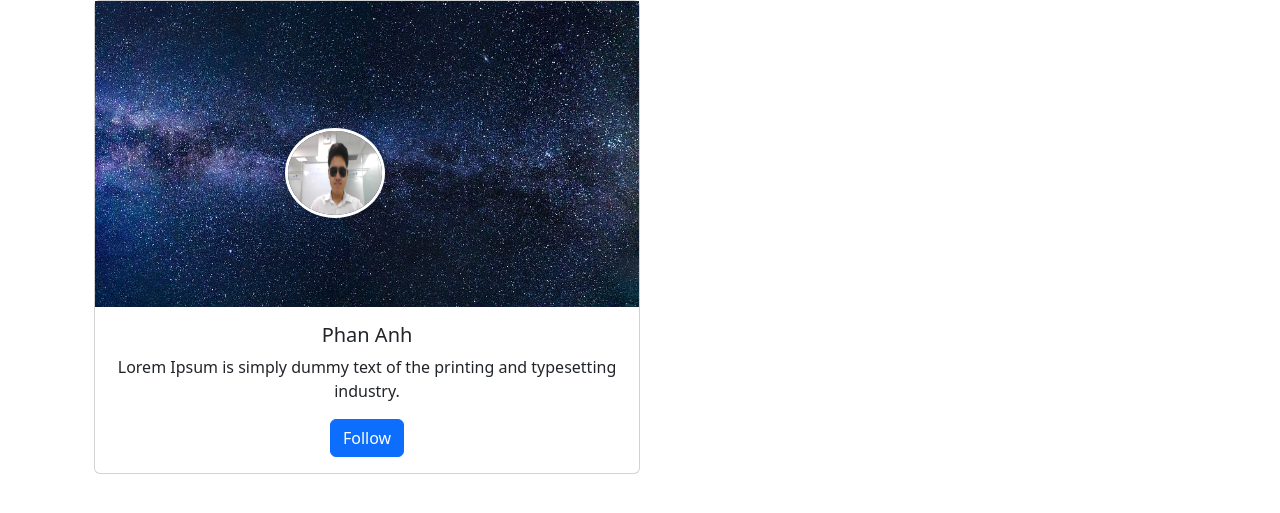
Repository: NPhanA/React2022
Page: / (app in Day 03-React/exercise/)
These files come from the project's save history. The page is drawn as it stood at one moment and after the next save; the edit follows.
The browser window is 1280 px wide. The pictures show the whole page.
The project was rebuilt for these pictures with package versions that can differ from the ones it lists, and the page was loaded fresh each time. Also part of the build but not shown: Day 03-React/exercise/src/App.css, Day 03-React/exercise/src/App.js, Day 03-React/exercise/src/Components/UserAgent.js.

Above is the page before, as saved 2022-07-26 16:41:39.

After the next save:
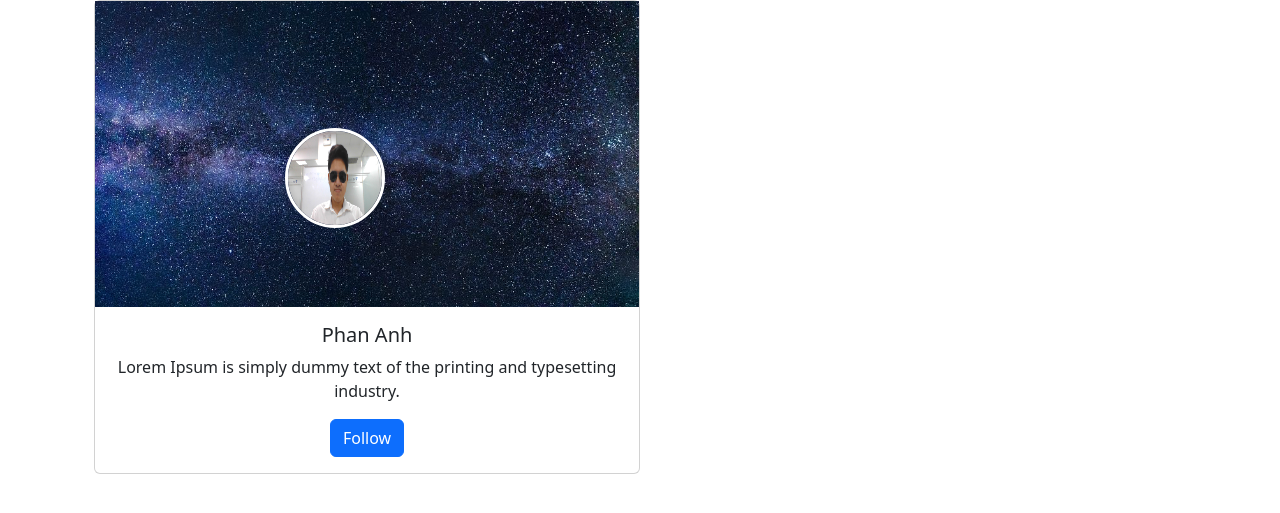
Saved 11 s later.
--- a/Day 03-React/exercise/src/Components/ProfileCard.js
+++ b/Day 03-React/exercise/src/Components/ProfileCard.js
@@ -15,7 +15,7 @@ function ProfileCard() {
                   <img src={avatar} className="rounded-circle position-absolute" width="80" style={{
         top:"127px",
         left: "35%",
-        height: "90px",
+        height: "100px",
         width: "100px",
         border:"3px solid #fff",
         borderradius: "50%"}}></img>
